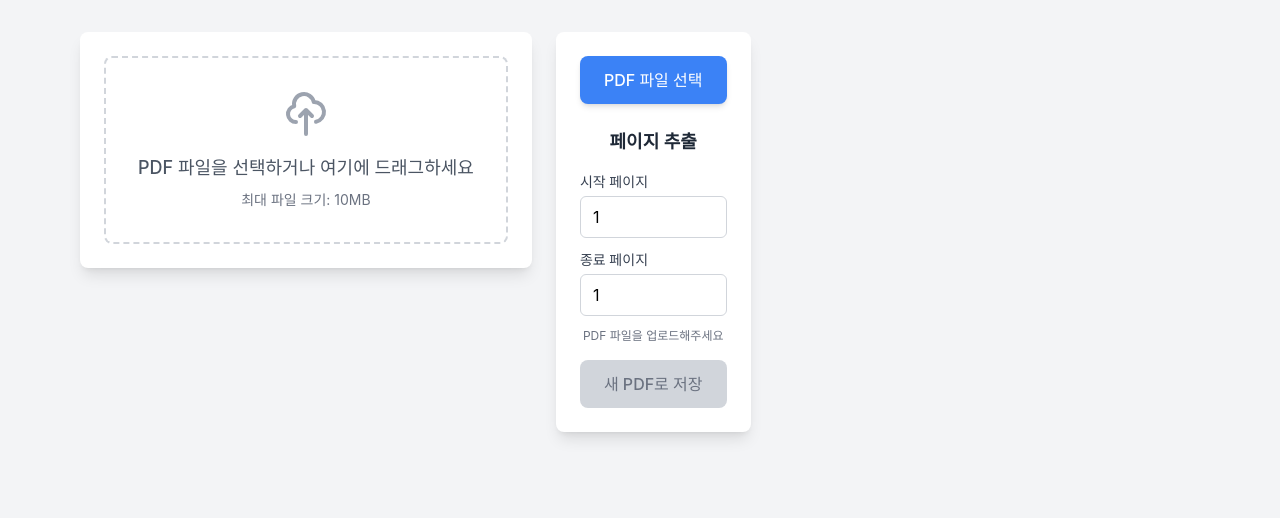
Repository: orcaCrew/PDF-Handler
Page: /
These files come from the project's save history. The page is drawn as it stood at one moment and after the next save; the edit follows.
The browser window is 1280 px wide. The pictures show the whole page.
The project was rebuilt for these pictures with package versions that can differ from the ones it lists, and the page was loaded fresh each time.

Above is the page before, as saved 2025-07-18 17:52:04.

After the next save:
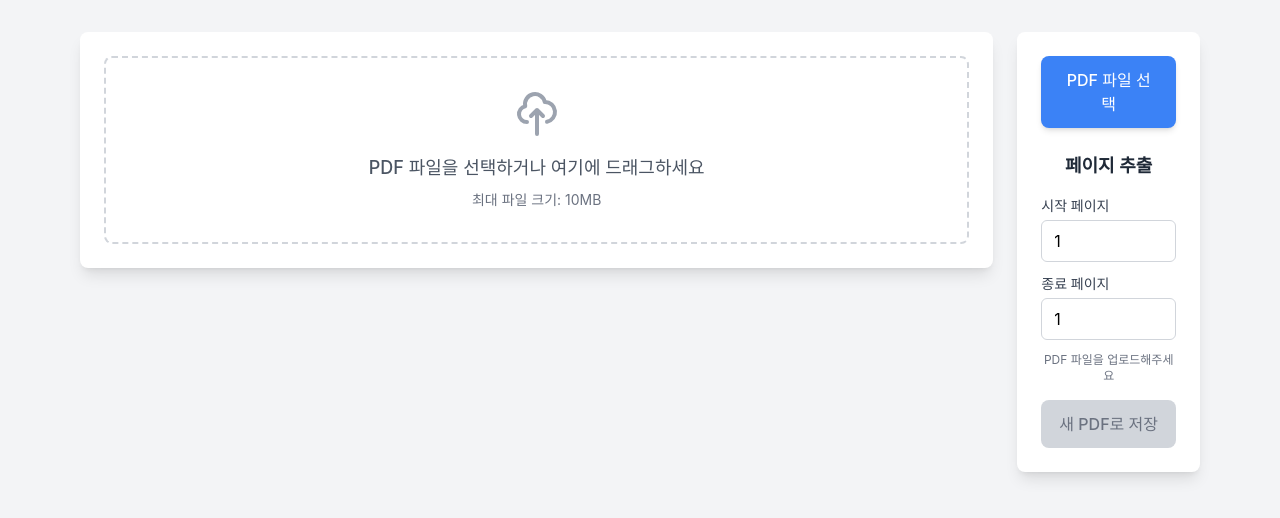
Saved 16 s later.
--- a/src/App.js
+++ b/src/App.js
@@ -157,7 +157,7 @@ function App() {
       <div className="max-w-6xl mx-auto px-4 space-y-6">
         <div className="flex flex-col lg:flex-row gap-6">
           {/* 페이지 리스트와 미리보기 영역 */}
-          <div className="lg:w-9/10">
+          <div className="lg:w-5/6">
             <div className="bg-white rounded-lg shadow-lg p-6">
               {file ? (
                 <div className="space-y-6">
@@ -311,7 +311,7 @@ function App() {
           </div>
 
           {/* 선택 버튼 영역 */}
-          <div className="lg:w-2/10">
+          <div className="lg:w-1/6">
             <div className="bg-white rounded-lg shadow-lg p-6 space-y-6">
               <div className="flex justify-center">
                 <button
